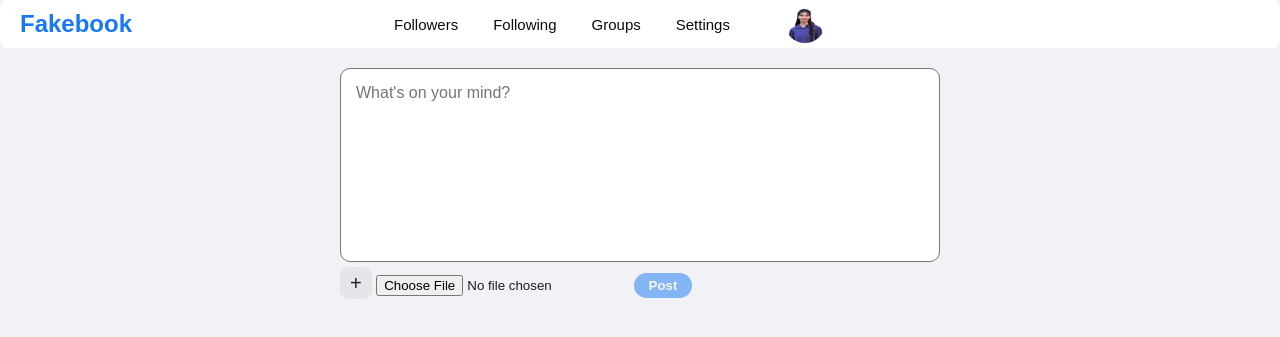
Repository: harpreetkaur2201/FAKEBOOK
Page: fakebook_profile/index.html
These files come from the project's save history. The page is drawn as it stood at one moment and after the next save; the edit follows.
The browser window is 1280 px wide. The pictures show the whole page.

Above is the page before, as saved 2025-11-14 20:00:47.

### fakebook_profile/index.html
<!doctype html>
<html lang="en">
<head>
  <meta charset="utf-8" />
  <meta name="viewport" content="width=device-width, initial-scale=1" />
  <title>Fakebook</title>
  <link rel="stylesheet" href="./assets/styles/style.css">
</head>
<body>
  <header>
    <div class="logo">Fakebook</div>
    <nav>
      <a href="#followers">Followers</a>
      <a href="#following">Following</a>
      <a href="#groups">Groups</a>
      <a href="#settings">Settings</a>
      <a href="#profile"><img id="headerAvatar" src="./assets/Profile pic.jpg" alt="Profile" class="avatar"></a>
    </nav>
  </header>

  <main>
    <section class="create-post">
      <form id="postForm">
        <textarea id="postText" placeholder="What's on your mind?" rows="9"></textarea>
        <div>
          <label for="imageInput">+</label>
            <input id="imageInput" type="file" accept="image/*">
          <button id="postBtn" type="submit" disabled>Post</button>
        </div>
      </form>
    </section>

    <section id="posts"></section>
  </main>

  <div id="modal" class="modal" aria-hidden="true">
    <div class="modal-content">
      <a href="#" id="closeModal">Close</a>
      <div>
        <div id="modalAvatar"></div>
        <h2 id="modalName">Your Name</h2>
        <p id="modalBio">Your bio will appear here.</p>
      </div>
    </div>
  </div>
    <script type="module" src="./assets/script/script.js"></script>
</body>
</html>

### fakebook_profile/assets/styles/style.css
* {
  padding: 0;
  margin: 0;
  box-sizing: border-box;
  font-family: Arial, sans-serif;
}

body {
  background: #f0f2f5;
  color: #1c1e21;

}

.container {
  max-width: 700px;
  margin: 20px auto;
  padding: 0 15px;
}

header {
  display: flex;
  justify-content: space-between;
  align-items: center;
  background: white;
  padding: 10px 20px;
  border-radius: 8px;
  color: #1877f2;
  position: relative;
}

header .logo {
  font-size: 1.5rem;
  font-weight: bold;
}

header nav {
  position: absolute;
  left: 30%;
  display: flex;
  gap: 15px;
  align-items: center;
}

header nav a {
  text-decoration: none;
  color: #0c0c0c;
  font-size: 15px;
  padding: 5px 10px;
  border-radius: 6px;
  transition: background 0.2s;
}

header nav a:hover {
  background: #e4e6eb;
}

header nav img.avatar {
  width: 40px;
  height: 40px;
  border-radius: 50%;
  position: relative;
  left: 50%;
}

.create-post {
  max-width: 600px; /* limit width */
  margin: 20px auto; /* center form */
}

.create-post form {
  display: flex;
  flex-direction: column;
  gap: 10px;
 /* background: white;
  padding: 15px;
  margin-top: 20px;
  border-radius: 10px; */
}

.create-post label {
  cursor: pointer;
  font-size: 20px;
  background: #e4e6eb;
  padding: 5px 10px;
  border-radius: 8px;
}

#create-post input[type="file"] {
  display: none; /* hide default choose file text */
}

#create-post textarea,
.create-post textarea {
  width: 100%;
  min-height: 120px;
  padding: 15px;
  border-radius: 10px;
  font-size: 16px;
  resize: none;
}

.controls {
  display: flex;
  align-items: center;
  gap: 10px;
}

.file-label {
  background: #e4e6eb;
  padding: 5px 8px;
  border-radius: 8px;
  cursor: pointer;
}

.controls input[type="file"] {
  display: none;
}

#postBtn {
  padding: 5px 15px;
  border-radius: 20px;
  background: #1877f2;
  color: white;
  font-weight: bold;
  cursor: pointer;
  border: none;
}

#postBtn:disabled {
  opacity: 0.5;
  cursor: not-allowed;
}

.posts {
  margin-top: 20px;
  display: flex;
  flex-direction: column;
  gap: 15px;
}

.post {
  background: white;
  padding: 10px;
  border-radius: 10px;
}

.post-header {
  display: flex;
  align-items: center;
  gap: 10px;
  margin-bottom: 8px;
}

.post-header .avatar {
  width: 35px;
  height: 35px;
  border-radius: 50%;
  background: #ccc;
  display: flex;
  align-items: center;
  justify-content: center;
  color: white;
  font-weight: bold;
}

.post-body img {
  max-width: 100%;
  margin-top: 8px;
  border-radius: 8px;
}

.modal {
  position: fixed;
  inset: 0;
  background: rgba(0, 0, 0, 0.5);
  display: flex;
  justify-content: center;
  align-items: center;
  opacity: 0;
  pointer-events: none;
  transition: opacity 0.3s ease;
  z-index: 1000;
}

.modal[aria-hidden="false"] {
  opacity: 1;
  pointer-events: auto;
}

.modal-content {
  background: white;
  padding: 20px;
  border-radius: 12px;
  max-width: 400px;
  width: 90%;
  position: relative;
  box-shadow: 0 4px 10px rgba(0, 0, 0, 0.2);
  text-align: center;
}

.modal-content #closeModal {
  position: absolute;
  top: 10px;
  right: 15px;
  font-size: 1.2rem;
  text-decoration: none;
  color: #333;
}

.account-view h2 {
  margin: 10px 0 5px 0;
  font-size: 1.2rem;
}

.account-view .bio-text {
  font-size: 14px;
  color: #2d2626;
  margin-bottom: 10px;
}

.modal-avatar img {
  width: 60px;
  height: 60px;
  border-radius: 50%;
  object-fit: cover;
}

.account-view div a {
  display: inline-block;
  flex: 1;
  margin: 5px 3px;
  padding: 6px;
  border-radius: 8px;
  background: #e4e6eb;
  font-weight: 500;
  text-decoration: none;
  color: #000;
  transition: background 0.2s;
}

.account-view div a:hover {
  background: #d8dadf;
}

### fakebook_profile/assets/script/script.js
// assets/script/script.js  (make sure index.html uses this file path with type="module")
import { User } from './user.js';
import { Subscriber } from './subscriber.js';

document.addEventListener('DOMContentLoaded', () => {
  // DOM
  const postForm = document.getElementById('postForm');
  const postText = document.getElementById('postText');
  const imageInput = document.getElementById('imageInput');
  const postBtn = document.getElementById('postBtn');
  const postsContainer = document.getElementById('posts');

  const headerAvatar = document.getElementById('headerAvatar');
  const modal = document.getElementById('modal');
  const closeModalBtn = document.getElementById('closeModal');
  const modalName = document.getElementById('modalName');
  const modalBio = document.getElementById('modalBio');
  const modalAvatar = document.getElementById('modalAvatar');

  // Create Subscriber with all required properties (manually provided)
  const account = new Subscriber(
    101,                                  // id
    "Harpreet Kaur",                      // name
    "harpreet123",                        // userName
    "harpreet@example.com",               // email
    ["Food Lovers", "Travel Diaries"],    // pages (array)
    ["Winnipeg Students", "Punjabi Group"], // groups (array)
    true                                  // canMonetize (boolean)
  );

  // UI-only profile (bio + profile pic) — NOT part of the User required fields
  const accountProfile = {
    bio: "Hi! I love food and travel.",
    profilePic: "./assets/Profile pic.jpg"
  };

  // Post class uses account.getInfo() for header name
  class Post {
    constructor(userInfo, profile, text, image) {
      this.userInfo = userInfo; // object from getInfo()
      this.profile = profile;   // UI fields
      this.text = text;
      this.image = image;
      this.time = new Date();
    }

    render() {
      const postDiv = document.createElement('div');
      postDiv.className = 'post';

      // Header: avatar, name, time
      const headerDiv = document.createElement('div');
      headerDiv.className = 'post-header';

      const avatarDiv = document.createElement('div');
      avatarDiv.className = 'avatar';
      if (this.profile.profilePic) {
        avatarDiv.style.backgroundImage = `url(${this.profile.profilePic})`;
        avatarDiv.style.backgroundSize = 'cover';
        avatarDiv.style.backgroundPosition = 'center';
      } else {
        avatarDiv.textContent = this.userInfo.name.charAt(0);
      }

      const nameDiv = document.createElement('div');
      const nameEl = document.createElement('div');
      nameEl.textContent = this.userInfo.name;

      const timeEl = document.createElement('div');
      timeEl.className = 'post-meta';
      timeEl.textContent = this.time.toLocaleString();

      nameDiv.appendChild(nameEl);
      nameDiv.appendChild(timeEl);
      headerDiv.appendChild(avatarDiv);
      headerDiv.appendChild(nameDiv);

      // Body
      const bodyDiv = document.createElement('div');
      bodyDiv.className = 'post-body';
      if (this.text && this.text.trim() !== '') {
        const textP = document.createElement('p');
        textP.textContent = this.text;
        textP.style.textAlign = 'center';
        bodyDiv.appendChild(textP);
      }
      if (this.image) {
        const img = document.createElement('img');
        img.src = this.image;
        img.alt = 'Posted image';
        bodyDiv.appendChild(img);
      }

      postDiv.appendChild(headerDiv);
      postDiv.appendChild(bodyDiv);
      return postDiv;
    }
  }

  const posts = [];

  // Toggle Post button: require text OR image
  function togglePostBtn() {
    postBtn.disabled = postText.value.trim() === '' && imageInput.files.length === 0;
  }

  postText.addEventListener('input', togglePostBtn);
  imageInput.addEventListener('change', togglePostBtn);

  // Submit
  postForm.addEventListener('submit', (e) => {
    e.preventDefault();
    if (imageInput.files[0]) {
      const reader = new FileReader();
      reader.onload = () => createPost(reader.result);
      reader.readAsDataURL(imageInput.files[0]);
    } else {
      createPost(null);
    }
  });

  function createPost(imageData) {
    const userInfo = account.getInfo(); // Subscriber.getInfo() calls super.getInfo()
    const newPost = new Post(userInfo, accountProfile, postText.value, imageData);
    posts.unshift(newPost);
    renderPosts();
    postForm.reset();
    togglePostBtn();
  }

  function renderPosts() {
    postsContainer.innerHTML = '';
    posts.forEach(p => {
      if (p.text || p.image) postsContainer.appendChild(p.render());
    });
  }

  // Modal logic — USE getInfo() to populate
  headerAvatar.addEventListener('click', () => {
    const info = account.getInfo();  // <-- must come from getInfo()
    modalName.textContent = info.name;
    modalBio.textContent = accountProfile.bio || '';
    modalAvatar.innerHTML = '';
    if (accountProfile.profilePic) {
      const img = document.createElement('img');
      img.src = accountProfile.profilePic;
      img.alt = info.name;
      modalAvatar.appendChild(img);
    }

    // OPTIONAL: show subscriber details inside modal too (pages/groups)
    // Example: append below bio:
    const extra = document.createElement('div');
    extra.innerHTML = `<small>Pages: ${info.pages.join(', ') || '—'}</small><br>
                       <small>Groups: ${info.groups.join(', ') || '—'}</small><br>
                       <small>Can monetize: ${info.canMonetize}</small>`;
    modalAvatar.parentElement.appendChild(extra);

    modal.setAttribute('aria-hidden', 'false');
  });

  closeModalBtn.addEventListener('click', () => {
    modal.setAttribute('aria-hidden', 'true');
    // remove appended extra if present (clean)
    const parent = modalAvatar.parentElement;
    if (parent.lastElementChild && parent.lastElementChild.tagName === 'DIV' &&
        parent.lastElementChild.innerHTML.includes('Can monetize')) {
      parent.removeChild(parent.lastElementChild);
    }
  });

  modal.addEventListener('click', (e) => { if (e.target === modal) modal.setAttribute('aria-hidden', 'true'); });

  // initial
  togglePostBtn();
}); // end DOMContentLoaded

### fakebook_profile/assets/script/user.js
'use strict';

// user.js
export class User {
  #id;
  #name;
  #userName;
  #email;

  constructor(id, name, userName, email) {
    this.#id = id;
    this.#name = name;
    this.#userName = userName;
    this.#email = email;
  }

  getInfo() {
    return {
      id: this.#id,
      name: this.#name,
      userName: this.#userName,
      email: this.#email
    };
  }
}

### fakebook_profile/assets/script/subscriber.js
'use strict';
// subscriber.js
import { User } from './user.js';

export class Subscriber extends User {
  #pages;
  #groups;
  #canMonetize;

  constructor(id, name, userName, email, pages = [], groups = [], canMonetize = false) {
    super(id, name, userName, email);
    this.#pages = pages;
    this.#groups = groups;
    this.#canMonetize = canMonetize;
  }

  getInfo() {
    return {
      ...super.getInfo(),
      pages: this.#pages,
      groups: this.#groups,
      canMonetize: this.#canMonetize
    };
  }
}

After the next save:
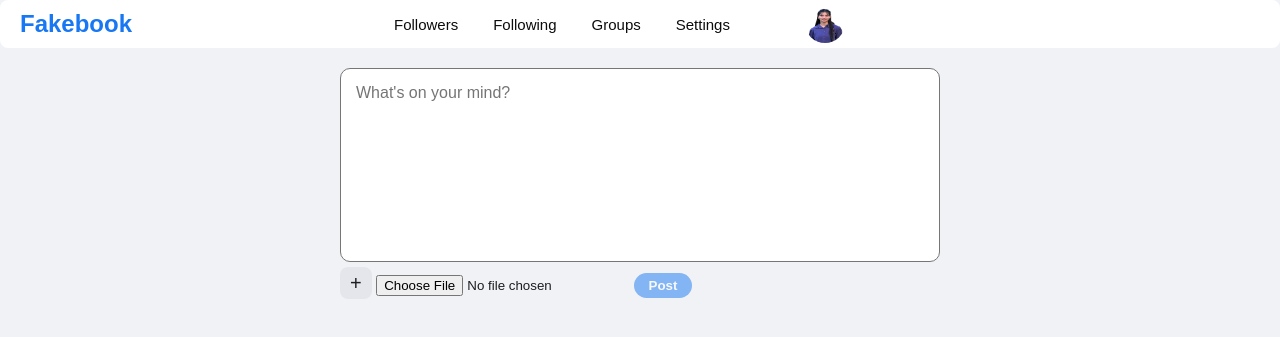
Saved 4 s later.
--- a/fakebook_profile/assets/styles/style.css
+++ b/fakebook_profile/assets/styles/style.css
@@ -59,7 +59,7 @@ header nav img.avatar {
   height: 40px;
   border-radius: 50%;
   position: relative;
-  left: 50%;
+  left: 100%;
 }
 
 .create-post {
